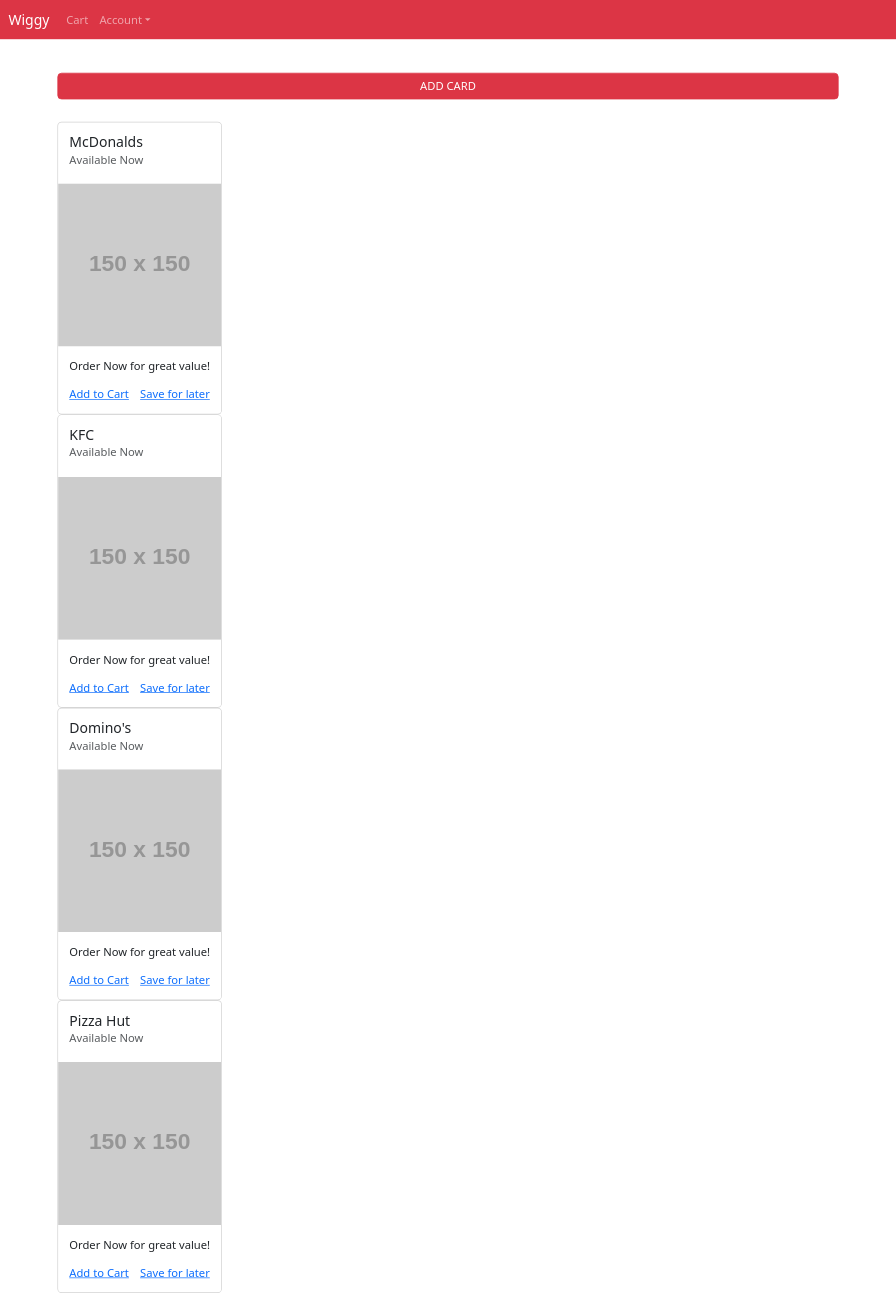
Repository: MohammadGulshan/wiggy
Page: / (app in client/)
These files come from the project's save history. The page is drawn as it stood at one moment and after the next save; the edit follows.
The browser window is 1280 px wide. The pictures show the part of the page from y = 0 to 1920 px (the page is 1847 px tall before and 5371 px after), at 70% of full size.
The project was rebuilt for these pictures with package versions that can differ from the ones it lists, and the page was loaded fresh each time. Also part of the build but not shown: client/src/App.css.

Above is the page before, as saved 2020-12-11 04:21:56.

After the next save:
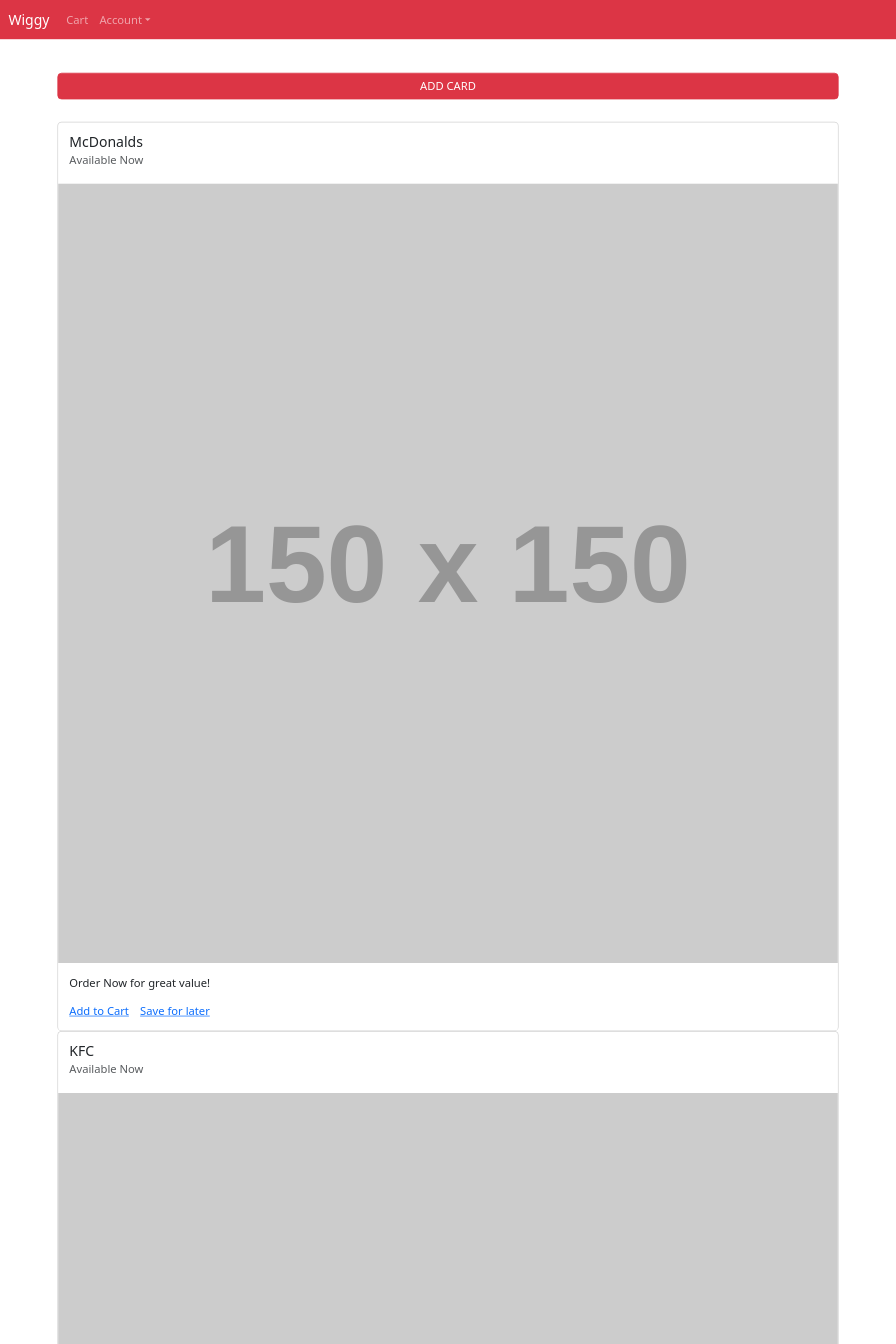
Saved 2 min 1 s later.
--- a/client/src/components/AppCards.js
+++ b/client/src/components/AppCards.js
@@ -30,7 +30,7 @@
                 >
                     ADD CARD
                 </Button>
-                <CardGroup>
+
                     <TransitionGroup className="cards">
                         {state.cards.map((value, id) => {
                             return (
@@ -56,7 +56,7 @@
                             )
                         })}
                     </TransitionGroup>
-                </CardGroup>
+
             </Container>
         </div>
     );

After the save that followed:
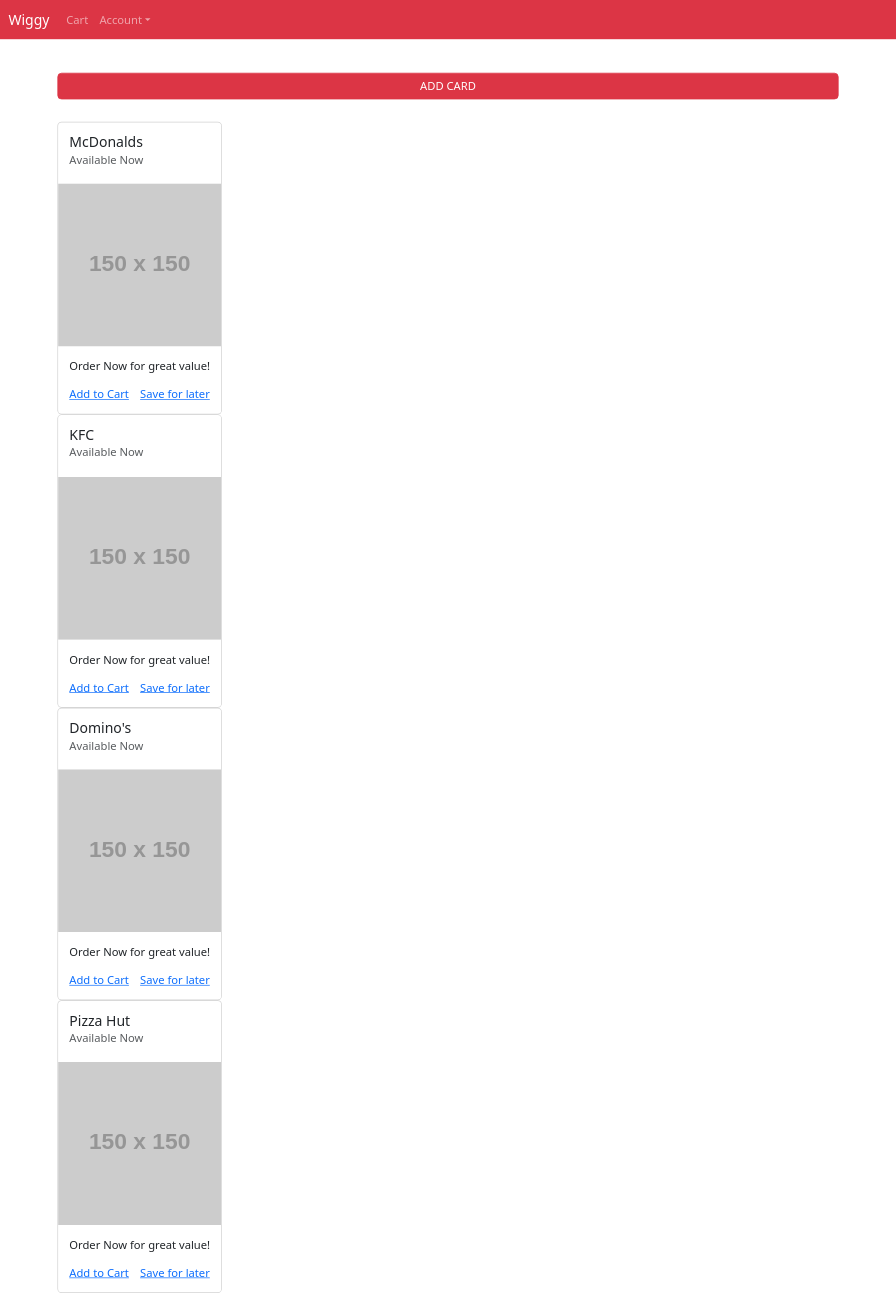
Saved 11 s later.
--- a/client/src/components/AppCards.js
+++ b/client/src/components/AppCards.js
@@ -30,7 +30,7 @@
                 >
                     ADD CARD
                 </Button>
-
+                <CardGroup>
                     <TransitionGroup className="cards">
                         {state.cards.map((value, id) => {
                             return (
@@ -56,7 +56,7 @@
                             )
                         })}
                     </TransitionGroup>
-
+                </CardGroup>
             </Container>
         </div>
     );
